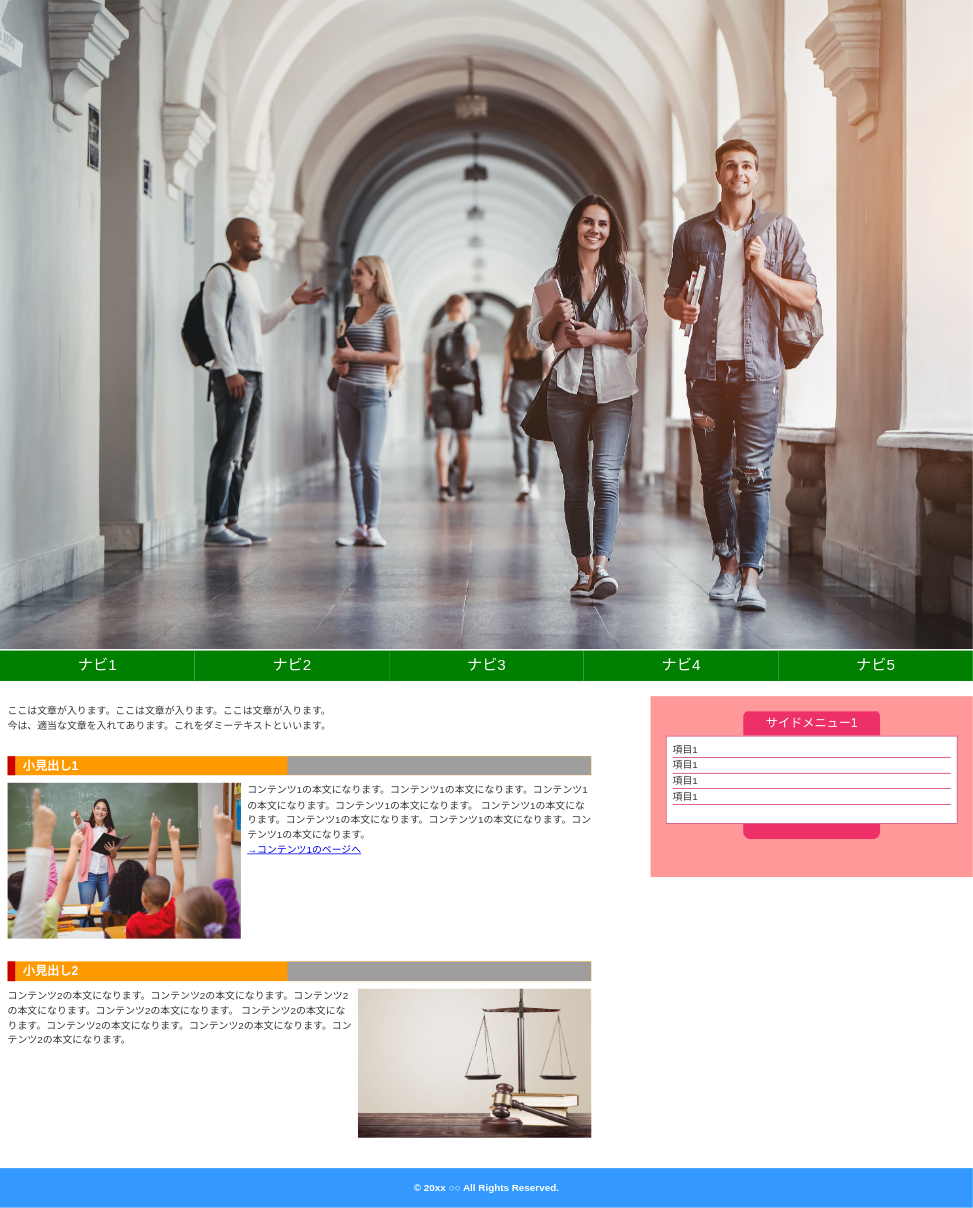
Repository: sakaida0108/samurai_HTML-CSS
Page: home.html
The author's editor kept a record of every edit. The page is drawn from the files as they stood at one moment, then again after the next edit.
The browser window is 1280 px wide. The pictures show the whole page, at 76% of full size.
The pointer rests on the first visible `#side .box .boxBody ul li`.
Pictures or frames that could not be fetched are drawn as grey boxes.

Above is the page before.

### home.html
<!DOCTYPE html>
<html lang="ja">
 <head>
    <meta charset="UTF-8">
    <title>HTML/CSSの学習</title>
    <link rel="stylesheet" href="stylesheet.css">
 </head>
 <body>
   <div id="header">
    <h1><a href="index.html"><img id="corridor" src="images/corridor.jpg" alt="大学の廊下"/></a></h1>
   </div>
    <div id="wrapper">
      <div id="nav">
        <ul>
          <li> <a href="home.html">ナビ1</a> </li>
          <li> <a href="#">ナビ2</a> </li>
          <li> <a href="#">ナビ3</a> </li>
          <li> <a href="#">ナビ4</a> </li>
          <li> <a href="#">ナビ5</a> </li>
        </ul>
      </div>
      <div id="container">
          <div id="main">
              <div class="post">
                  <p>ここは文章が入ります。ここは文章が入ります。ここは文章が入ります。<br/>今は、適当な文章を入れてあります。これをダミーテキストといいます。</p>
              </div>
              <div class="post clearfix">
                  <h2>小見出し1</h2>
                  <img class="left" src="images/classroom.jpg" alt="授業風景"/>
                  <p>
                     コンテンツ1の本文になります。コンテンツ1の本文になります。コンテンツ1の本文になります。コンテンツ1の本文になります。
                     コンテンツ1の本文になります。コンテンツ1の本文になります。コンテンツ1の本文になります。コンテンツ1の本文になります。
                  </p>
                  <p><a href="#">→コンテンツ1のページへ</a></p>
              </div>
              <div class="post clearfix">
                  <h2>小見出し2</h2>
                  <img class="right" src="images/scale.jpg" alt="天秤"/>
                  <p>
                     コンテンツ2の本文になります。コンテンツ2の本文になります。コンテンツ2の本文になります。コンテンツ2の本文になります。
                     コンテンツ2の本文になります。コンテンツ2の本文になります。コンテンツ2の本文になります。コンテンツ2の本文になります。
                  </p>
              </div>
          </div>
          <div id="side">
              <div class="box">
                  <h2>サイドメニュー1</h2>
                  <div class="boxBody">
                      <ul>
                          <li>項目1</li>
                          <li>項目1</li>
                          <li>項目1</li>
                          <li>項目1</li>
                      </ul>

                  </div>
              </div>
          </div>
      </div>
    </div>
   <div id ="footer">
      <p>&copy; 20xx ○○ All Rights Reserved.</p>
   </div>

 </body>
</html>

### stylesheet.css
@charset"utf-8";

body{
    margin:0;
    padding:0;
    font-family:"ヒラギノ角ゴ Pro W3", "Hiragino Kaku Gothic Pro", "メイリオ", Meiryo, Osaka, "ＭＳ Ｐゴシック", "MS PGothic", sans-serif;
    color:#333;
    font-size:13px;
    line-height:150%;
}

#wrapper{
    width: 100%;
	margin: auto;
	padding: 0px;
	border: 0px;
	background-color: #FFF;
	top:10px;
}

#header{
    width:100%;
}

#header h1{
    margin:0;
    padding:0;
}

#corridor{
    width:100%;
    height:auto;
}

#footer{
    clear:both;
    width:100%;
    padding:3px 0;
    background-color: #39F;
    color: #FFF;
 	font-weight: bold;
 	text-align: center;
}

#nav{
    width:100%;
}

#nav ul{
    margin:0;
    padding:0;
    list-style-type:none;
}

#nav ul li{
    float: left;
    width:20%;
    text-align:center;
}

#nav ul li a{
    display:block;

    height:20px;
    margin:0;
    padding:10px;
    color:#fff;
    font-size:20px;
    text-decoration:none;
    background-color:green;
}

#nav ul li a:hover{
    filter: drop-shadow(10px 10px 10px black);
}

#container{
    width:100%;
    margin:auto;
    padding:auto;
    padding-top:20px;
    clear:both;
}

#main{
    float:left;
    width:60%;
    padding:10px 30px 10px 10px;
}

#main h2{
    margin:0 0 10px 0;
    padding:3px 10px 3px 10px;
    color:#FFF;
    font-size:16px;
    border-left:solid 10px #c00;
    background:#F90 url(../images/main_h2.jpg) right top repeat-y;
}

#main p{
    margin:0;
    padding:0;
}

#main .post{
    margin:0 0 30px 0;
}

#main .post img.right{
    margin:0 0 0 8px;
}

#main .post img.left{
    margin:0 8px 0 0;
}

.right{
    float: right;
    width:40%;
    height:auto;
}

.left{
    float:left;
    width:40%;
    height:auto;
}

.clearfix{
    zoom: 1;
}

.clearfix:after{
    content: "";
    display:block;
    clear:both;
}

#side{
    float:right;
    width:30%;
    padding:20px;
    background-color:#F99;
}

#side .box{
    margin:0 auto 30px auto;
    padding:0 0 20px 0;
    background: url(images/side_box.png) bottom no-repeat;
}

#side .box h2{
    margin:0;
    padding:8px;
    text-align:center;
    color:#fff;
    font-size:16px;
    line-height:16px;
    font-weight:normal;
    background: url(images/side_box_h2.png) center no-repeat;
}

#side .box .boxBody{
    padding:8px;
    border:solid 1px #C36;
    background:#fff;
}

#side .box .boxBody ul{
    margin:0 0 16px 0;
    padding:0;
}

#side .box .boxBody ul li{
    padding:8px 0 8px 4;
    list-style:none;
    border-bottom:solid 1px #C36;
}

After the next edit:
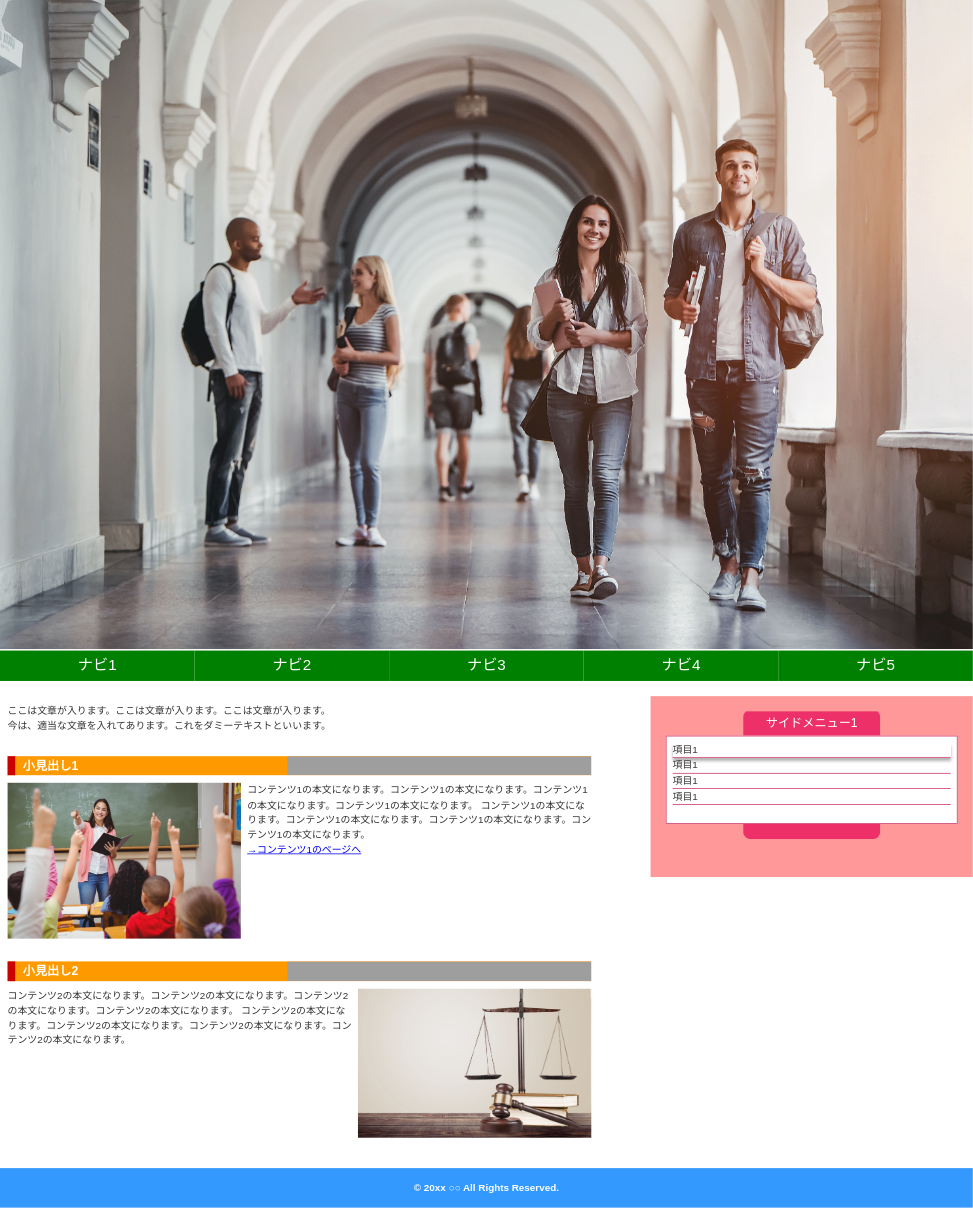
The edit:
--- a/stylesheet.css
+++ b/stylesheet.css
@@ -176,3 +176,10 @@
     list-style:none;
     border-bottom:solid 1px #C36;
 }
+
+#side .box .boxBody ul li:hover{
+    padding:8px 0 8px 4;
+    list-style:none;
+    border-bottom:solid 1px #C36;
+    box-shadow:0px 4px 4px rgba(0, 0, 0, 0.3);
+}
